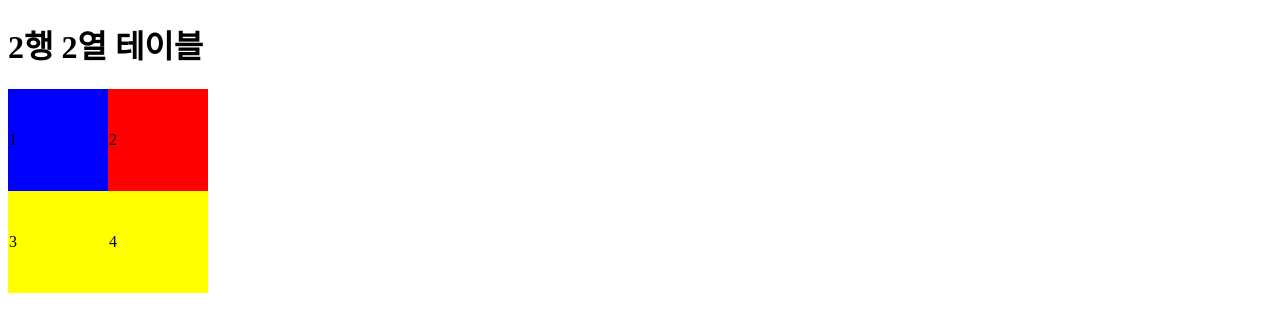
Repository: JeongWoo-Jang/Edu-Backup
Page: 5. HTML & CSS & JS/ClientTest/WebContent/ex13_table.html
An editor plug-in stored every save of this project. The page is shown before and after the next save, followed by the edit.
The browser window is 1280 px wide. The pictures show the whole page.

Above is the page before, as saved 2020-06-19 07:21:00.

After the next save:
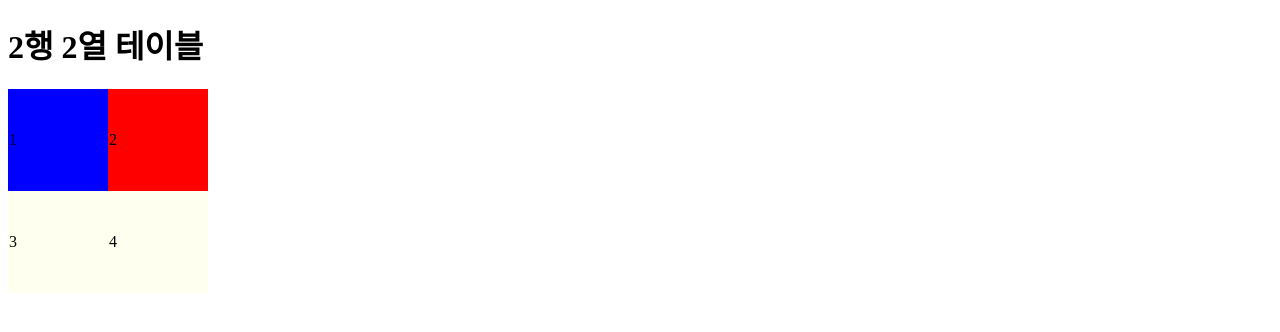
Saved 108 s later.
--- a/5. HTML & CSS & JS/ClientTest/WebContent/ex13_table.html
+++ b/5. HTML & CSS & JS/ClientTest/WebContent/ex13_table.html
@@ -32,7 +32,7 @@
 	 		<td width="100" height="100" bgcolor="blue">1</td>
 	 		<td width="100">2</td>
 	 	</tr>
-	 	<tr>
+	 	<tr bgcolor="ivory">
 	 		<td height="100">3</td>
 	 		<td>4</td>
 	 	</tr>
